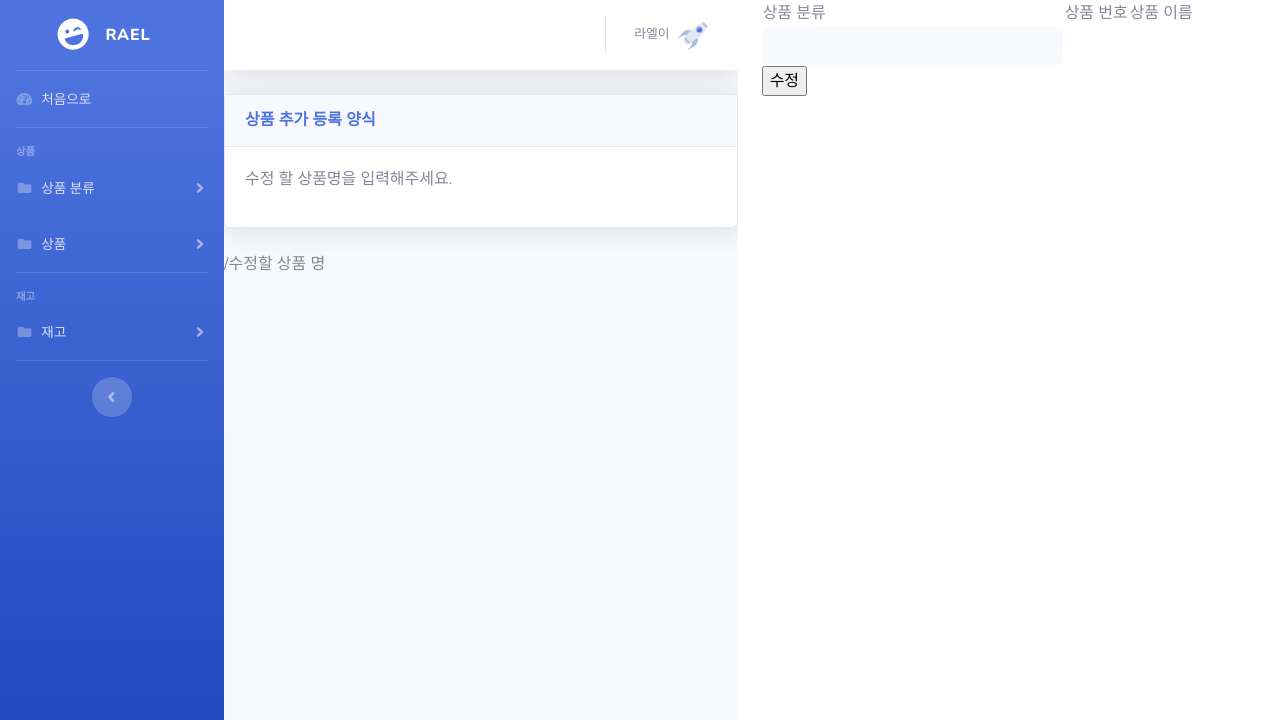
Repository: sww232/springRaelProject
Page: http://localhost/rael/WEB-INF/views/product/product_update_modifypage.jsp
An editor plug-in stored every save of this project. The page is shown before and after the next save, followed by the edit.
The browser window is 1280 px wide. The pictures show the whole page.
The page is served by Tomcat 9. Nobody is signed in. The template is opened directly, without the code that normally fills it, so the values that code supplies are empty.

Above is the page before, as saved 2022-10-07 00:41:11.

After the next save:
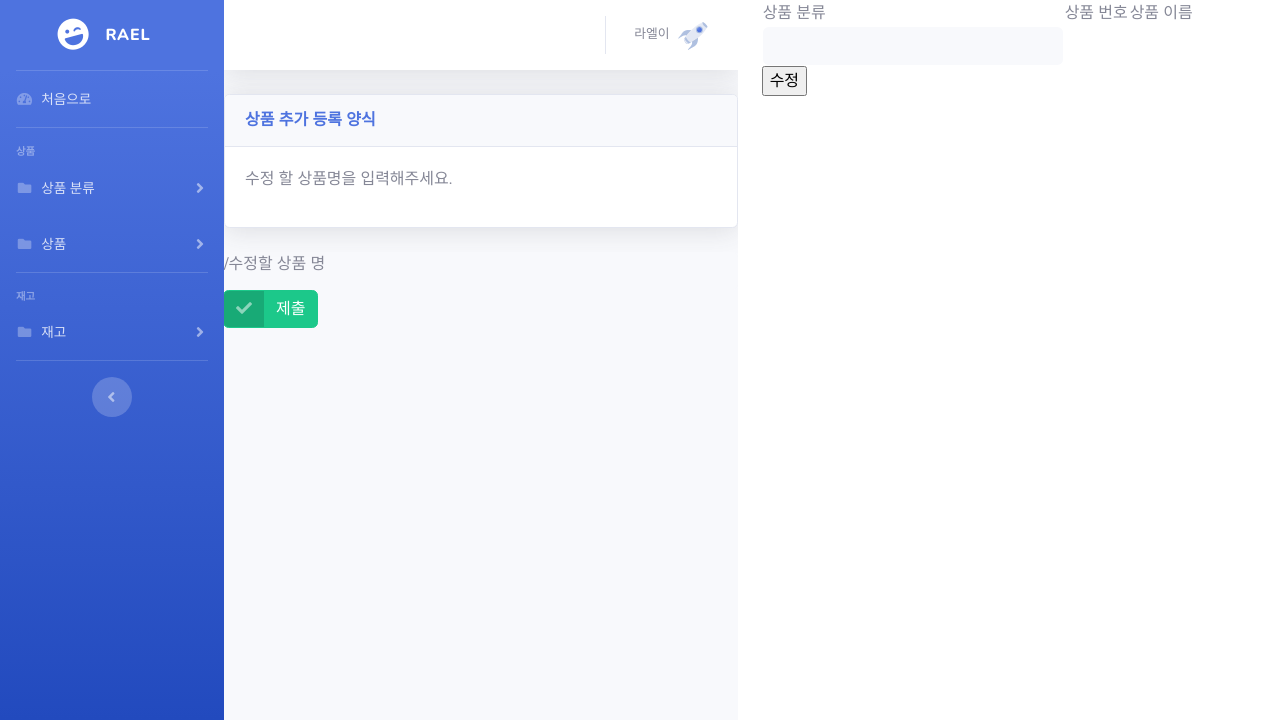
Saved 79 s later.
--- a/raelproject3/rael/src/main/webapp/WEB-INF/views/product/product_update_modifypage.jsp
+++ b/raelproject3/rael/src/main/webapp/WEB-INF/views/product/product_update_modifypage.jsp
@@ -341,6 +341,14 @@
 						<label>수정할 상품 명</label>
 						<input type="text" class="form-control bg-light border-0 small" name="product name for modify" value="${data.PRODUCTNAME}" style="text-align:center; width:300px">
 					</div>
+					<div class="input-group-append">
+					<button type="submit" class="btn btn-success btn-icon-split">
+						<span class="icon text-white-50">
+							<i class="fas fa-check"></i>
+						</span>
+						<span class="text">제출</span>
+					</button>
+				</div>
 
     	</div>
 	</div>
